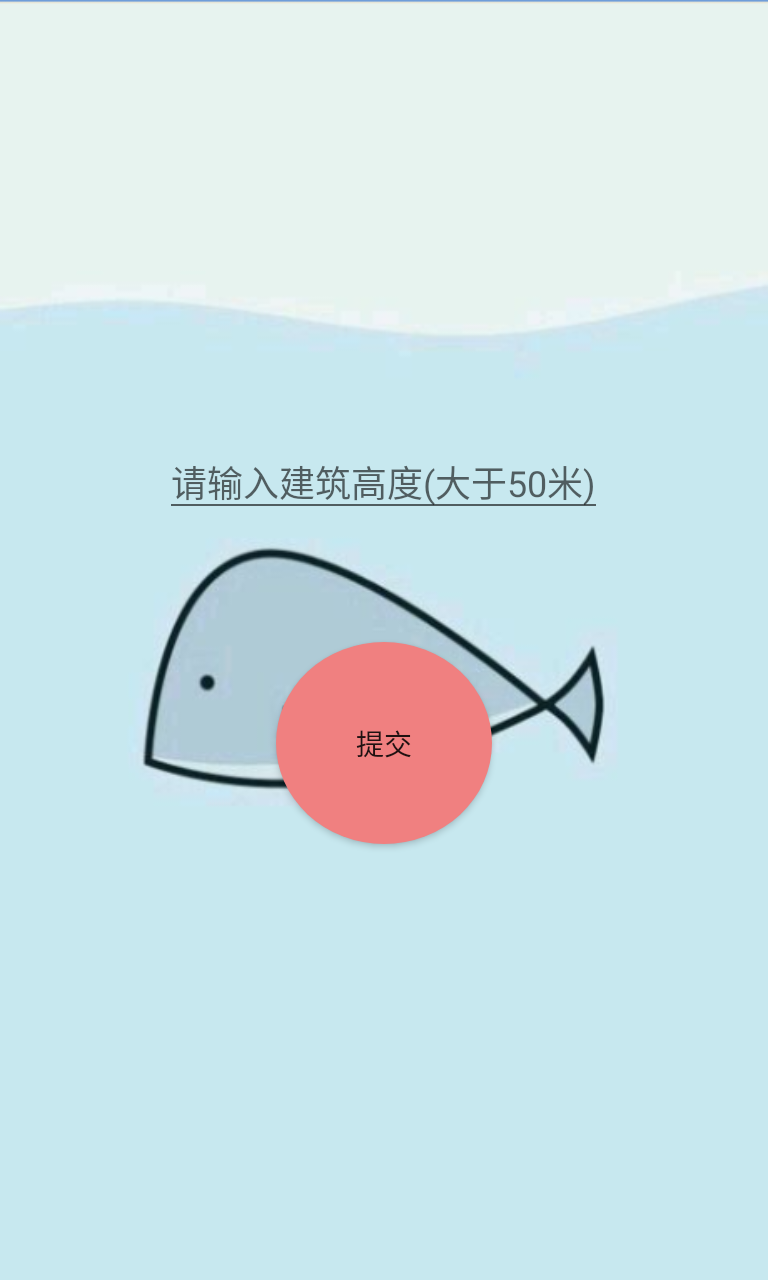
Repository: hohoTT/fireWork_handle_app
Layout: fireWork_handle_app/res/layout/water_power_pump_high.xml
The author's editor kept a copy of each file at every save. The layout is drawn from the files as they stood at one save, then again after the next save.
It is drawn on a 768 x 1280 px phone screen (xhdpi) without system bars, with theme AppTheme; the app's code is not run.

Above is the layout before, as saved 2016-03-06 12:11:08.

After the next save:
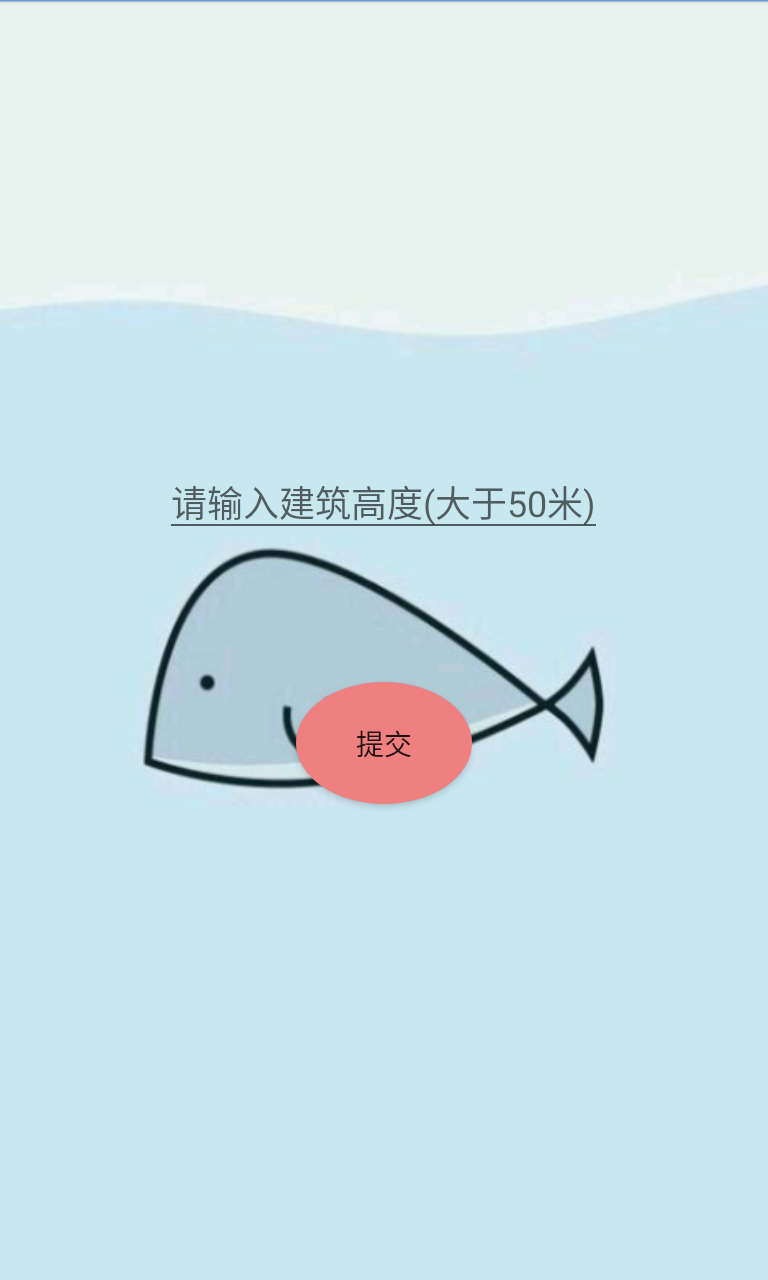
Saved 7 s later.
--- a/fireWork_handle_app/res/layout/water_power_pump_high.xml
+++ b/fireWork_handle_app/res/layout/water_power_pump_high.xml
@@ -19,8 +19,8 @@
         android:layout_width="wrap_content"
         android:layout_height="wrap_content"
         android:layout_gravity="center"
-	    android:layout_margin="30dp"
-	    android:padding="40dp"
+	    android:layout_margin="40dp"
+	    android:padding="20dp"
         android:text="@string/btn_send"
         android:background="@drawable/shape_three" />
 
